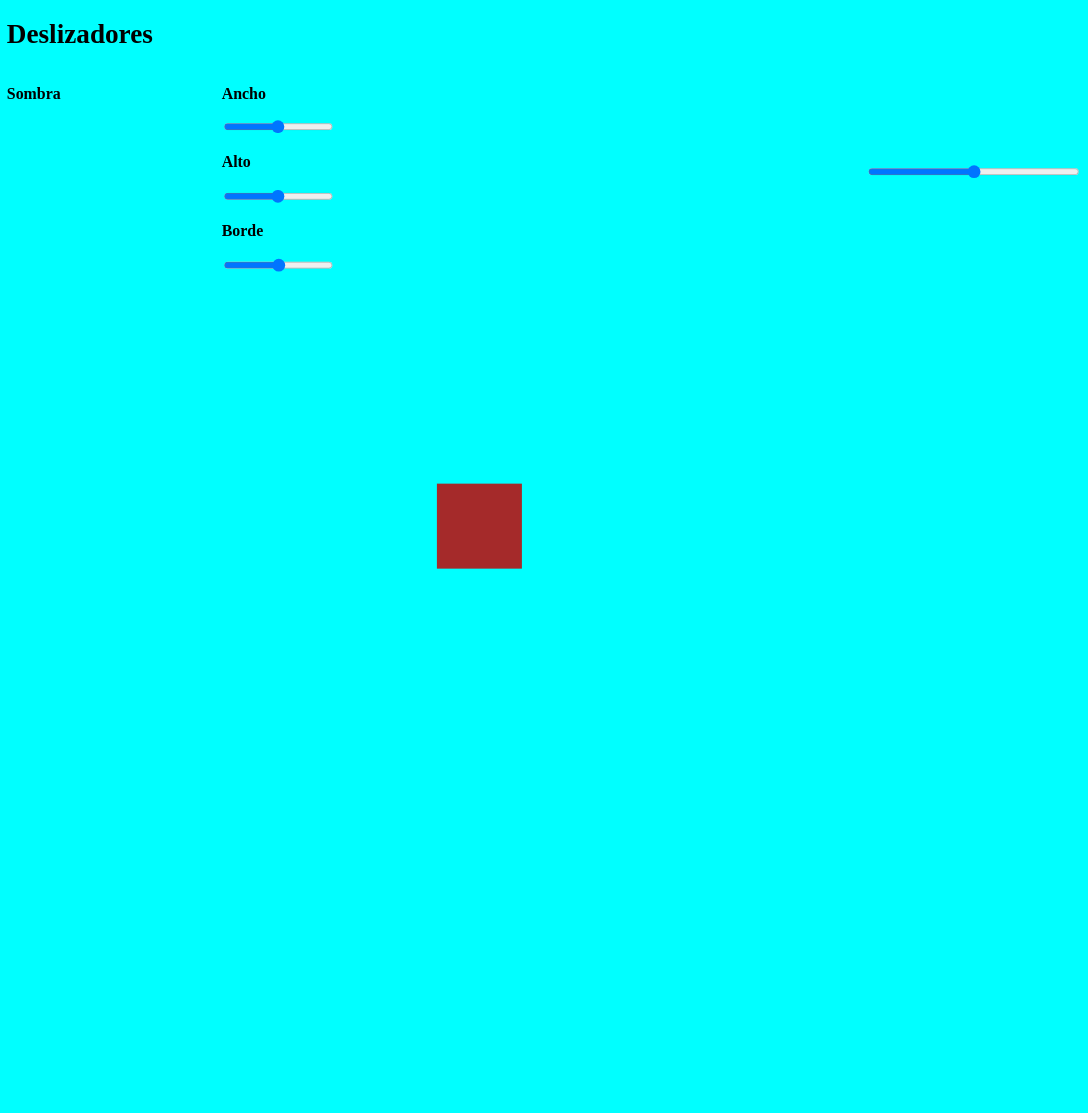
Repository: Kevin8548/Ejercicios-DOM
Page: Deslizador.html
These files come from the project's save history. The page is drawn as it stood at one moment and after the next save; the edit follows.
The browser window is 1280 px wide. The pictures show the whole page, at 85% of full size.

Above is the page before, as saved 2024-10-02 13:59:25.

After the next save:
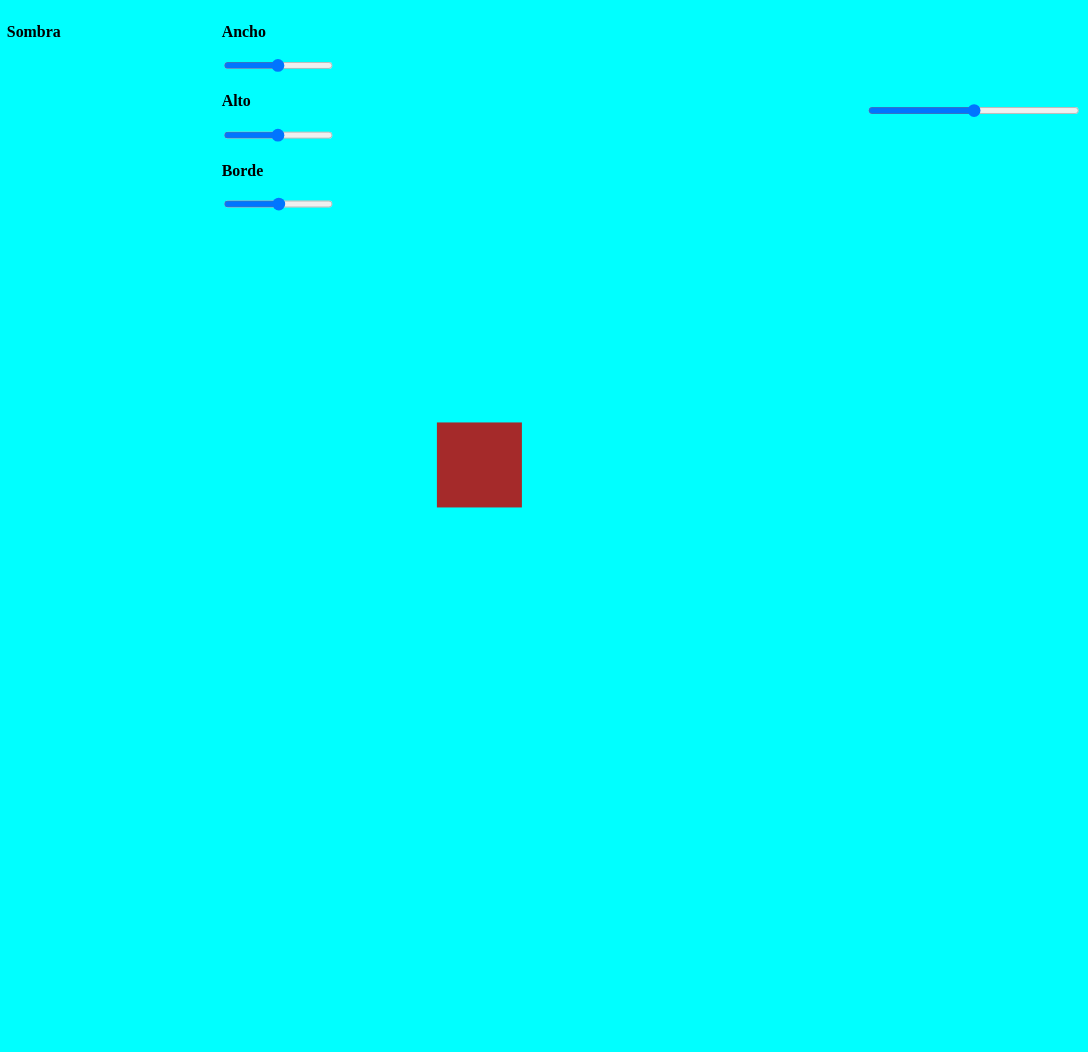
Saved 81 s later.
--- a/Deslizador.html
+++ b/Deslizador.html
@@ -7,7 +7,7 @@
     <link rel="stylesheet" href="./deslizadores.css">
 </head>
 <body>
-    <H1>Deslizadores</H1>
+
     <div class="parent">
         <div class="div1">
             <h3>Ancho</h3>

After the save that followed:
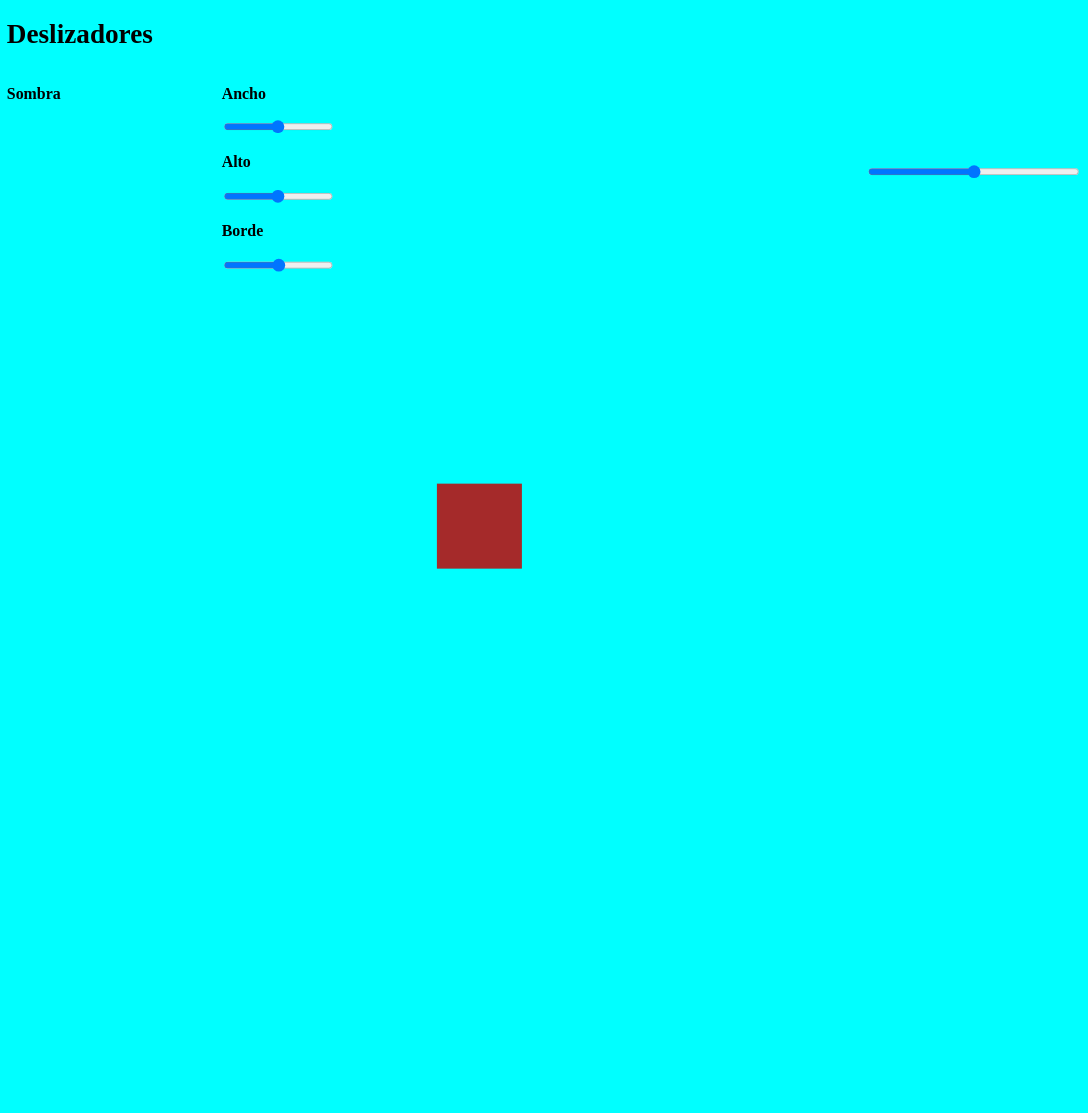
Saved 7 s later.
--- a/Deslizador.html
+++ b/Deslizador.html
@@ -7,7 +7,7 @@
     <link rel="stylesheet" href="./deslizadores.css">
 </head>
 <body>
-
+    <H1>Deslizadores</H1>
     <div class="parent">
         <div class="div1">
             <h3>Ancho</h3>
